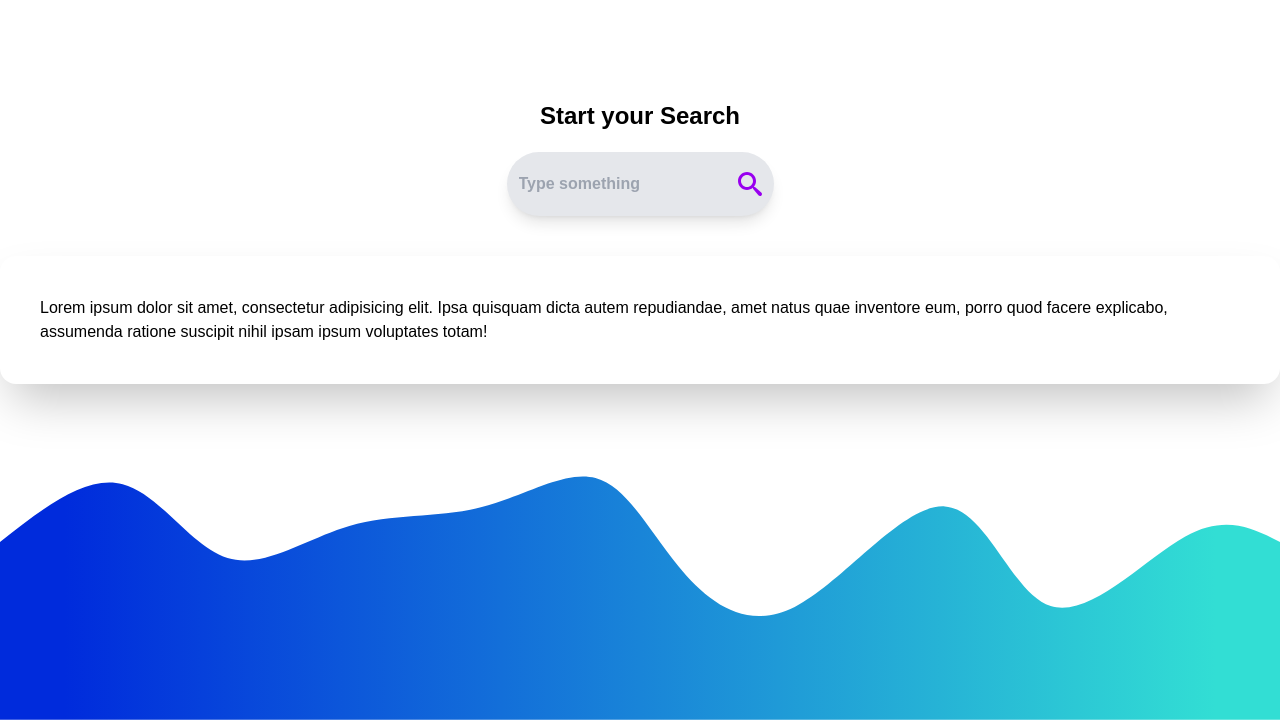
Repository: evergreenx/dictionary-octo
Page: /
The author's editor kept a copy of each file at every save. The page is drawn from the files as they stood at one save, then again after the next save.
The browser window is 1280 px wide. The pictures show the whole page.
The project was rebuilt for these pictures with package versions that can differ from the ones it lists, and the page was loaded fresh each time. The framework's server and built-in components were replaced by stand-ins that run in the browser. Also part of the build but not shown: next.config.js.

Above is the page before, as saved 2022-04-30 15:16:36.

After the next save:
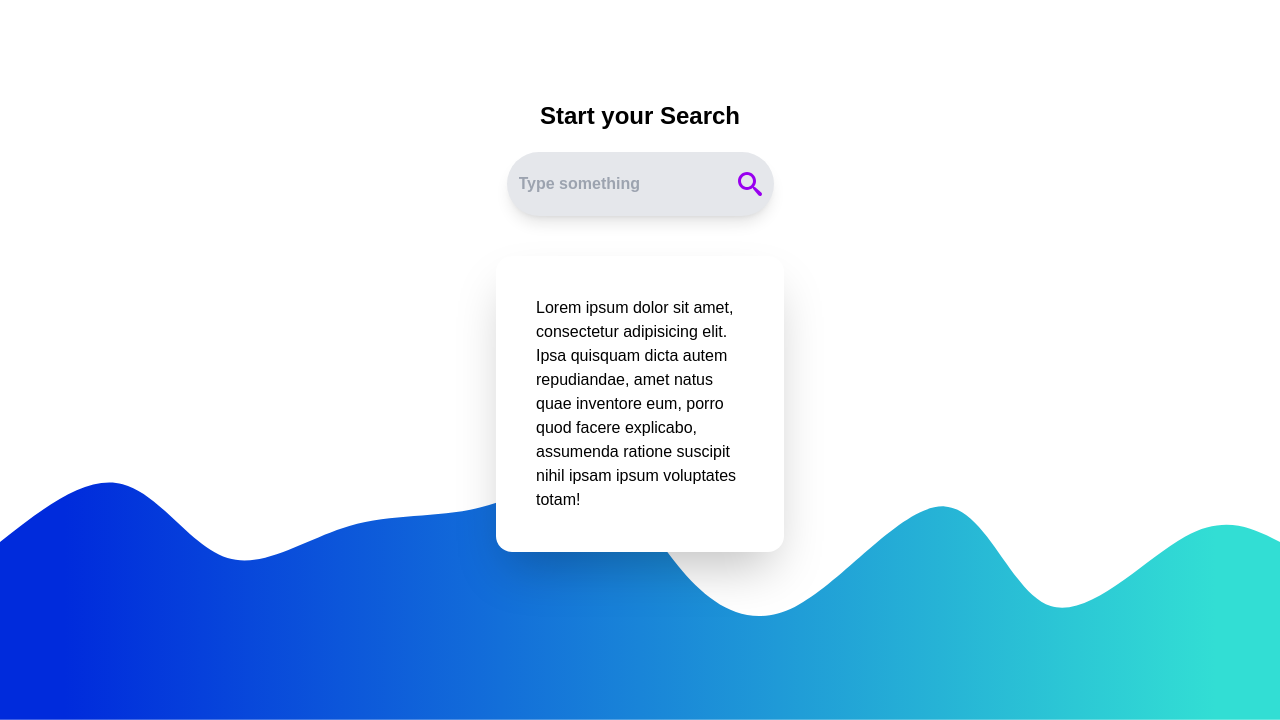
Saved 6 s later.
--- a/components/RandomWord.js
+++ b/components/RandomWord.js
@@ -2,7 +2,7 @@ import React from "react";
 
 const RandomWord = () => {
   return (
-    <div className="bg-white rounded-2xl shadow-2xl p-10 w- container mx-auto">
+    <div className="bg-white rounded-2xl shadow-2xl p-10 w-72 container mx-auto">
       Lorem ipsum dolor sit amet, consectetur adipisicing elit. Ipsa quisquam
       dicta autem repudiandae, amet natus quae inventore eum, porro quod facere
       explicabo, assumenda ratione suscipit nihil ipsam ipsum voluptates totam!
